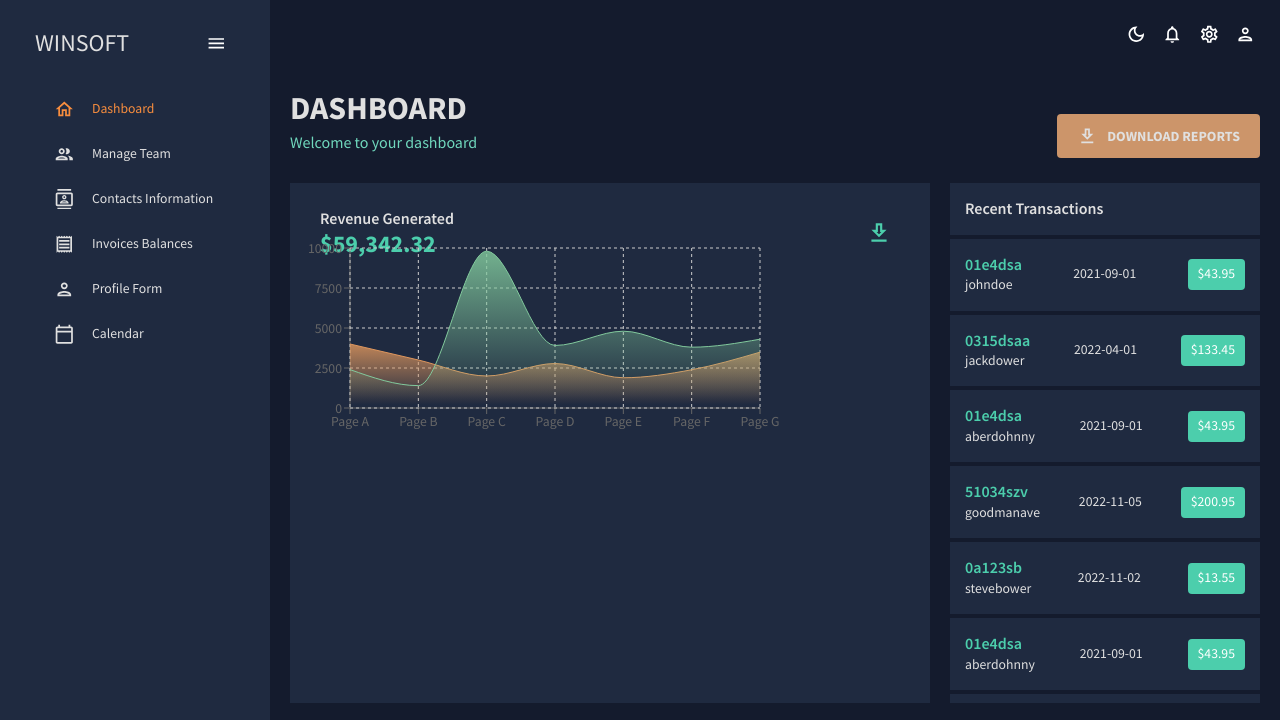
Repository: thamaraiselvan315731/winssoft
Page: /
These files come from the project's save history. The page is drawn as it stood at one moment and after the next save; the edit follows.
The browser window is 1280 px wide. The pictures show the whole page.
The project was rebuilt for these pictures with package versions that can differ from the ones it lists, and the page was loaded fresh each time. Also part of the build but not shown: src/pages/team/index.jsx, src/pages/invoices/index.jsx, src/pages/contacts/index.jsx, src/pages/form/index.jsx, src/components/LineChart.jsx, src/data/mockGeoFeatures.js, src/components/GeographyChart.jsx, src/components/BarChart.jsx and 4 more.

Above is the page before, as saved 2022-12-01 11:11:05.

### src/App.js
import { useState } from "react";
import { Routes, Route } from "react-router-dom";
import Topbar from "./pages/global/Topbar";
import Sidebar from "./pages/global/Sidebar";
import Team from "./pages/team";
import Invoices from "./pages/invoices";
import Contacts from "./pages/contacts";
import Form from "./pages/form";
// import Bar from "./pages/bar";
// import Line from "./pages/line";
// import Pie from "./pages/pie";
// import Geography from "./pages/geography";
import Dashboard from "./pages/dashboard";
import FAQ from "./pages/faq";
import { CssBaseline, ThemeProvider } from "@mui/material";
import { ColorModeContext, useMode } from "./theme";
import Calendar from "./pages/calendar/calendar";

function App() {
  const [theme, colorMode] = useMode();
  const [isSidebar, setIsSidebar] = useState(true);

  return (
    <ColorModeContext.Provider value={colorMode}>
      <ThemeProvider theme={theme}>
        <CssBaseline />
        <div className="app">
          <Sidebar isSidebar={isSidebar} />
          <main className="content">
            <Topbar setIsSidebar={setIsSidebar} />
            <Routes>
              <Route path="/" element={<Dashboard />} />
              <Route path="/team" element={<Team />} />
              <Route path="/contacts" element={<Contacts />} />
              <Route path="/invoices" element={<Invoices />} />
              <Route path="/form" element={<Form />} />
              {/* <Route path="/bar" element={<Bar />} />
              <Route path="/pie" element={<Pie />} />
              <Route path="/line" element={<Line />} /> */}
              <Route path="/faq" element={<FAQ />} />
              <Route path="/calendar" element={<Calendar />} />
              {/* <Route path="/geography" element={<Geography />} /> */}
            </Routes>
          </main>
        </div>
      </ThemeProvider>
    </ColorModeContext.Provider>
  );
}

export default App;

### src/pages/global/Topbar.jsx
import { Box, IconButton, useTheme } from "@mui/material";
import { useContext } from "react";
import { ColorModeContext, tokens } from "../../theme";
import InputBase from "@mui/material/InputBase";
import LightModeOutlinedIcon from "@mui/icons-material/LightModeOutlined";
import DarkModeOutlinedIcon from "@mui/icons-material/DarkModeOutlined";
import NotificationsOutlinedIcon from "@mui/icons-material/NotificationsOutlined";
import SettingsOutlinedIcon from "@mui/icons-material/SettingsOutlined";
import PersonOutlinedIcon from "@mui/icons-material/PersonOutlined";
import SearchIcon from "@mui/icons-material/Search";

const Topbar = () => {
  const theme = useTheme();
  const colors = tokens(theme.palette.mode);
  const colorMode = useContext(ColorModeContext);

  return (
    <Box display="flex" justifyContent="flex-end" p={2}>
      {/* SEARCH BAR */}
      {/* <Box
        display="flex"
        backgroundColor={colors.primary[400]}
        borderRadius="3px"
      >
        <InputBase sx={{ ml: 2, flex: 1 }} placeholder="Search" />
        <IconButton type="button" sx={{ p: 1 }}>
          <SearchIcon />
        </IconButton>
      </Box> */}

      {/* ICONS */}
      <Box display="flex">
        <IconButton onClick={colorMode.toggleColorMode}>
          {theme.palette.mode === "dark" ? (
            <DarkModeOutlinedIcon />
          ) : (
            <LightModeOutlinedIcon />
          )}
        </IconButton>
        <IconButton>
          <NotificationsOutlinedIcon />
        </IconButton>
        <IconButton>
          <SettingsOutlinedIcon />
        </IconButton>
        <IconButton>
          <PersonOutlinedIcon />
        </IconButton>
      </Box>
    </Box>
  );
};

export default Topbar;

### src/pages/global/Sidebar.jsx
import { useState } from "react";
import { ProSidebar, Menu, MenuItem } from "react-pro-sidebar";
import { Box, IconButton, Typography, useTheme } from "@mui/material";
import { Link } from "react-router-dom";
import "react-pro-sidebar/dist/css/styles.css";
import { tokens } from "../../theme";
import HomeOutlinedIcon from "@mui/icons-material/HomeOutlined";
import PeopleOutlinedIcon from "@mui/icons-material/PeopleOutlined";
import ContactsOutlinedIcon from "@mui/icons-material/ContactsOutlined";
import ReceiptOutlinedIcon from "@mui/icons-material/ReceiptOutlined";
import PersonOutlinedIcon from "@mui/icons-material/PersonOutlined";
import CalendarTodayOutlinedIcon from "@mui/icons-material/CalendarTodayOutlined";// eslint-disable-next-line
import HelpOutlineOutlinedIcon from "@mui/icons-material/HelpOutlineOutlined";// eslint-disable-next-line
import BarChartOutlinedIcon from "@mui/icons-material/BarChartOutlined";// eslint-disable-next-line
import PieChartOutlineOutlinedIcon from "@mui/icons-material/PieChartOutlineOutlined";// eslint-disable-next-line
import TimelineOutlinedIcon from "@mui/icons-material/TimelineOutlined";// eslint-disable-next-line
import MenuOutlinedIcon from "@mui/icons-material/MenuOutlined";// eslint-disable-next-line
import MapOutlinedIcon from "@mui/icons-material/MapOutlined";// eslint-disable-next-line

const Item = ({ title, to, icon, selected, setSelected }) => {
  const theme = useTheme();
  const colors = tokens(theme.palette.mode);
  return (
    <MenuItem
      active={selected === title}
      style={{
        color: colors.grey[100],
      }}
      onClick={() => setSelected(title)}
      icon={icon}
    >
      <Typography>{title}</Typography>
      <Link to={to} />
    </MenuItem>
  );
};

const Sidebar = () => {
  const theme = useTheme();
  const colors = tokens(theme.palette.mode);
  const [isCollapsed, setIsCollapsed] = useState(false);
  const [selected, setSelected] = useState("Dashboard");

  return (
    <Box
      sx={{
        "& .pro-sidebar-inner": {
          background: `${colors.primary[400]} !important`,
        },
        "& .pro-icon-wrapper": {
          backgroundColor: "transparent !important",
        },
        "& .pro-inner-item": {
          padding: "5px 35px 5px 20px !important",
        },
        "& .pro-inner-item:hover": {
          color: "#f78d3e !important",
        },
        "& .pro-menu-item.active": {
          color: "#f78d3e !important",
        },
      }}
    >
      <ProSidebar collapsed={isCollapsed}>
        <Menu iconShape="square">
          {/* LOGO AND MENU ICON */}
          <MenuItem
            onClick={() => setIsCollapsed(!isCollapsed)}
            icon={isCollapsed ? <MenuOutlinedIcon /> : undefined}
            style={{
              margin: "10px 0 20px 0",
              color: colors.grey[100],
            }}
          >
            {!isCollapsed && (
              <Box
                display="flex"
                justifyContent="space-between"
                alignItems="center"
                ml="15px"
              >
                <Typography variant="h3" color={colors.grey[100]}>
                  WINSOFT
                </Typography>
                <IconButton onClick={() => setIsCollapsed(!isCollapsed)}>
                  <MenuOutlinedIcon />
                </IconButton>
              </Box>
            )}
          </MenuItem>

          {/* {!isCollapsed && (
            <Box mb="25px">
              <Box display="flex" justifyContent="center" alignItems="center">
                <img
                  alt="profile-user"
                  width="100px"
                  height="100px"
                  src={`../../assets/user.png`}
                  style={{ cursor: "pointer", borderRadius: "50%" }}
                />
              </Box>
              <Box textAlign="center">
                <Typography
                  variant="h2"
                  color={colors.grey[100]}
                  fontWeight="bold"
                  sx={{ m: "10px 0 0 0" }}
                >
                  Ed Roh
                </Typography>
                <Typography variant="h5" color={colors.greenAccent[500]}>
                  VP Fancy Admin
                </Typography>
              </Box>
            </Box>
          )} */}

          <Box paddingLeft={isCollapsed ? undefined : "10%"}>
            <Item
              title="Dashboard"
              to="/"
              icon={<HomeOutlinedIcon />}
              selected={selected}
              setSelected={setSelected}
            />

            {/* <Typography
              variant="h6"
              color={colors.grey[300]}
              sx={{ m: "15px 0 5px 20px" }}
            >
              Data
            </Typography> */}
            <Item
              title="Manage Team"
              to="/team"
              icon={<PeopleOutlinedIcon />}
              selected={selected}
              setSelected={setSelected}
            />
            <Item
              title="Contacts Information"
              to="/contacts"
              icon={<ContactsOutlinedIcon />}
              selected={selected}
              setSelected={setSelected}
            />
            <Item
              title="Invoices Balances"
              to="/invoices"
              icon={<ReceiptOutlinedIcon />}
              selected={selected}
              setSelected={setSelected}
            />

            {/* <Typography
              variant="h6"
              color={colors.grey[300]}
              sx={{ m: "15px 0 5px 20px" }}
            >
              Pages
            </Typography> */}
            <Item
              title="Profile Form"
              to="/form"
              icon={<PersonOutlinedIcon />}
              selected={selected}
              setSelected={setSelected}
            />
            <Item
              title="Calendar"
              to="/calendar"
              icon={<CalendarTodayOutlinedIcon />}
              selected={selected}
              setSelected={setSelected}
            />
            {/* <Item
              title="FAQ Page"
              to="/faq"
              icon={<HelpOutlineOutlinedIcon />}
              selected={selected}
              setSelected={setSelected}
            /> */}

            {/* <Typography
              variant="h6"
              color={colors.grey[300]}
              sx={{ m: "15px 0 5px 20px" }}
            >
              Charts
            </Typography>
            <Item
              title="Bar Chart"
              to="/bar"
              icon={<BarChartOutlinedIcon />}
              selected={selected}
              setSelected={setSelected}
            />
            <Item
              title="Pie Chart"
              to="/pie"
              icon={<PieChartOutlineOutlinedIcon />}
              selected={selected}
              setSelected={setSelected}
            />
            <Item
              title="Line Chart"
              to="/line"
              icon={<TimelineOutlinedIcon />}
              selected={selected}
              setSelected={setSelected}
            />
            <Item
              title="Geography Chart"
              to="/geography"
              icon={<MapOutlinedIcon />}
              selected={selected}
              setSelected={setSelected}
            /> */}
          </Box>
        </Menu>
      </ProSidebar>
    </Box>
  );
};

export default Sidebar;

### src/pages/dashboard/index.jsx
import { Box, Button, IconButton, Typography, useTheme } from "@mui/material";
import { tokens } from "../../theme";
import { mockTransactions } from "../../data/mockData";
import DownloadOutlinedIcon from "@mui/icons-material/DownloadOutlined";
import { AreaCharts } from "../../Charts/AreaChart"
import EmailIcon from "@mui/icons-material/Email";
import PointOfSaleIcon from "@mui/icons-material/PointOfSale";
import PersonAddIcon from "@mui/icons-material/PersonAdd";
import TrafficIcon from "@mui/icons-material/Traffic";
import Header from "../../components/Header";
import LineChart from "../../components/LineChart";
import GeographyChart from "../../components/GeographyChart";
import BarChart from "../../components/BarChart";
import StatBox from "../../components/StatBox";
import ProgressCircle from "../../components/ProgressCircle";

const Dashboard = () => {
  const theme = useTheme();
  const colors = tokens(theme.palette.mode);

  return (

    <Box m="20px">
      {/* HEADER */}
      <Box display="flex" justifyContent="space-between" alignItems="center">
        <Header title="DASHBOARD" subtitle="Welcome to your dashboard" />

        <Box>
          <Button
            sx={{
              backgroundColor: colors.blueAccent[700],
              color: colors.grey[100],
              fontSize: "14px",
              fontWeight: "bold",
              padding: "10px 20px",
            }}
          >
            <DownloadOutlinedIcon sx={{ mr: "10px" }} />
            Download Reports
          </Button>
        </Box>
      </Box>

      {/* GRID & CHARTS */}
      <Box
        display="grid"
        gridTemplateColumns="repeat(12, 1fr)"
        gridAutoRows="250px"
        gap="20px"
      >
        {/* ROW 1 */}
        {/* <Box
          gridColumn="span 8"
          backgroundColor={colors.primary[400]}
          display="flex"
          alignItems="center"
          justifyContent="center"
        >
          <AreaCharts />

        </Box> */}

        {/* <Box
          gridColumn="span 3"
          backgroundColor={colors.primary[400]}
          display="flex"
          alignItems="center"
          justifyContent="center"
        >
          <StatBox
            title="431,225"
            subtitle="Sales Obtained"
            progress="0.50"
            increase="+21%"
            icon={
              <PointOfSaleIcon
                sx={{ color: colors.greenAccent[600], fontSize: "26px" }}
              />
            }
          />
        </Box>
        <Box
          gridColumn="span 3"
          backgroundColor={colors.primary[400]}
          display="flex"
          alignItems="center"
          justifyContent="center"
        >
          <StatBox
            title="32,441"
            subtitle="New Clients"
            progress="0.30"
            increase="+5%"
            icon={
              <PersonAddIcon
                sx={{ color: colors.greenAccent[600], fontSize: "26px" }}
              />
            }
          />
        </Box>
        <Box
          gridColumn="span 3"
          backgroundColor={colors.primary[400]}
          display="flex"
          alignItems="center"
          justifyContent="center"
        >
          <StatBox
            title="1,325,134"
            subtitle="Traffic Received"
            progress="0.80"
            increase="+43%"
            icon={
              <TrafficIcon
                sx={{ color: colors.greenAccent[600], fontSize: "26px" }}
              />
            }
          />
        </Box> */}

        {/* ROW 2 */}
        <Box
          gridColumn="span 8"
          gridRow="span 2"
          backgroundColor={colors.primary[400]}
        >
          <Box
            mt="25px"
            p="0 30px"
            display="flex "
            justifyContent="space-between"
            alignItems="center"
          >
            <Box>
              <Typography
                variant="h5"
                fontWeight="600"
                color={colors.grey[100]}
              >
                Revenue Generated
              </Typography>
              <Typography
                variant="h3"
                fontWeight="bold"
                color={colors.greenAccent[500]}
              >
                $59,342.32
              </Typography>
            </Box>
            <Box>
              <IconButton>
                <DownloadOutlinedIcon
                  sx={{ fontSize: "26px", color: colors.greenAccent[500] }}
                />
              </IconButton>
            </Box>
          </Box>
          <Box height="250px" m="-20px 0 0 0">
            <AreaCharts />
          </Box>
        </Box>
        <Box
          gridColumn="span 4"
          gridRow="span 2"
          backgroundColor={colors.primary[400]}
          overflow="auto"
        >
          <Box
            display="flex"
            justifyContent="space-between"
            alignItems="center"
            borderBottom={`4px solid ${colors.primary[500]}`}
            colors={colors.grey[100]}
            p="15px"
          >
            <Typography color={colors.grey[100]} variant="h5" fontWeight="600">
              Recent Transactions
            </Typography>
          </Box>
          {mockTransactions.map((transaction, i) => (
            <Box
              key={`${transaction.txId}-${i}`}
              display="flex"
              justifyContent="space-between"
              alignItems="center"
              borderBottom={`4px solid ${colors.primary[500]}`}
              p="15px"
            >
              <Box>
                <Typography
                  color={colors.greenAccent[500]}
                  variant="h5"
                  fontWeight="600"
                >
                  {transaction.txId}
                </Typography>
                <Typography color={colors.grey[100]}>
                  {transaction.user}
                </Typography>
              </Box>
              <Box color={colors.grey[100]}>{transaction.date}</Box>
              <Box
                backgroundColor={colors.greenAccent[500]}
                p="5px 10px"
                borderRadius="4px"
              >
                ${transaction.cost}
              </Box>
            </Box>
          ))}
        </Box>

        {/* ROW 3 */}
        {/* <Box
          gridColumn="span 4"
          gridRow="span 2"
          backgroundColor={colors.primary[400]}
          p="30px"
        >
          <Typography variant="h5" fontWeight="600">
            Campaign
          </Typography>
          <Box
            display="flex"
            flexDirection="column"
            alignItems="center"
            mt="25px"
          >
            <ProgressCircle size="125" />
            <Typography
              variant="h5"
              color={colors.greenAccent[500]}
              sx={{ mt: "15px" }}
            >
              $48,352 revenue generated
            </Typography>
            <Typography>Includes extra misc expenditures and costs</Typography>
          </Box>
        </Box>
        <Box
          gridColumn="span 4"
          gridRow="span 2"
          backgroundColor={colors.primary[400]}
        >
          <Typography
            variant="h5"
            fontWeight="600"
            sx={{ padding: "30px 30px 0 30px" }}
          >
            Sales Quantity
          </Typography>
          <Box height="250px" mt="-20px">
            <BarChart isDashboard={true} />
          </Box>
        </Box>
        <Box
          gridColumn="span 4"
          gridRow="span 2"
          backgroundColor={colors.primary[400]}
          padding="30px"
        >
          <Typography
            variant="h5"
            fontWeight="600"
            sx={{ marginBottom: "15px" }}
          >
            Geography Based Traffic
          </Typography>
          <Box height="200px">
            <GeographyChart isDashboard={true} />
          </Box>
        </Box> */}
      </Box>
    </Box>
  );
};

export default Dashboard;

### src/Charts/AreaChart.js
import { LineChart, Line, AreaChart, ResponsiveContainer, YAxis, Area, Tooltip, CartesianGrid, linearGradient, XAxis } from 'recharts';


const data = [
    {
        "name": "Page A",
        "uv": 4000,
        "pv": 2400,
        "amt": 2400
    },
    {
        "name": "Page B",
        "uv": 3000,
        "pv": 1398,
        "amt": 2210
    },
    {
        "name": "Page C",
        "uv": 2000,
        "pv": 9800,
        "amt": 2290
    },
    {
        "name": "Page D",
        "uv": 2780,
        "pv": 3908,
        "amt": 2000
    },
    {
        "name": "Page E",
        "uv": 1890,
        "pv": 4800,
        "amt": 2181
    },
    {
        "name": "Page F",
        "uv": 2390,
        "pv": 3800,
        "amt": 2500
    },
    {
        "name": "Page G",
        "uv": 3490,
        "pv": 4300,
        "amt": 2100
    }
]


export const AreaCharts = () => {
    // const theme = useTheme();
    // const colors = tokens(theme.palette.mode);

    return (
        <ResponsiveContainer width={500} height="80%">
            < AreaChart width={730} height={250} data={data}
                margin={{ top: 10, right: 30, left: 0, bottom: 0 }}>
                <defs>
                    <linearGradient id="colorUv" x1="0" y1="0" x2="0" y2="1">
                        <stop offset="5%" stopColor="#de965d" stopOpacity={0.8} />
                        <stop offset="95%" stopColor="#de965d" stopOpacity={0} />
                    </linearGradient>
                    <linearGradient id="colorPv" x1="0" y1="0" x2="0" y2="1">
                        <stop offset="5%" stopColor="#82ca9d" stopOpacity={0.8} />
                        <stop offset="95%" stopColor="#82ca9d" stopOpacity={0} />
                    </linearGradient>
                </defs>
                <XAxis dataKey="name" />
                <YAxis />
                <CartesianGrid strokeDasharray="3 3" />
                <Tooltip />
                <Area type="monotone" dataKey="uv" stroke="#de965d" fillOpacity={1} fill="url(#colorUv)" />
                <Area type="monotone" dataKey="pv" stroke="#82ca9d" fillOpacity={1} fill="url(#colorPv)" />
            </AreaChart ></ResponsiveContainer>
    );
};

Loaded but not shown: public/index.html (common file); src/index.js (common file); src/index.css (common file); src/components/Header.jsx (common file); src/data/mockData.js (1283 lines, source omitted); src/theme.js (214 lines, source omitted)

After the next save:
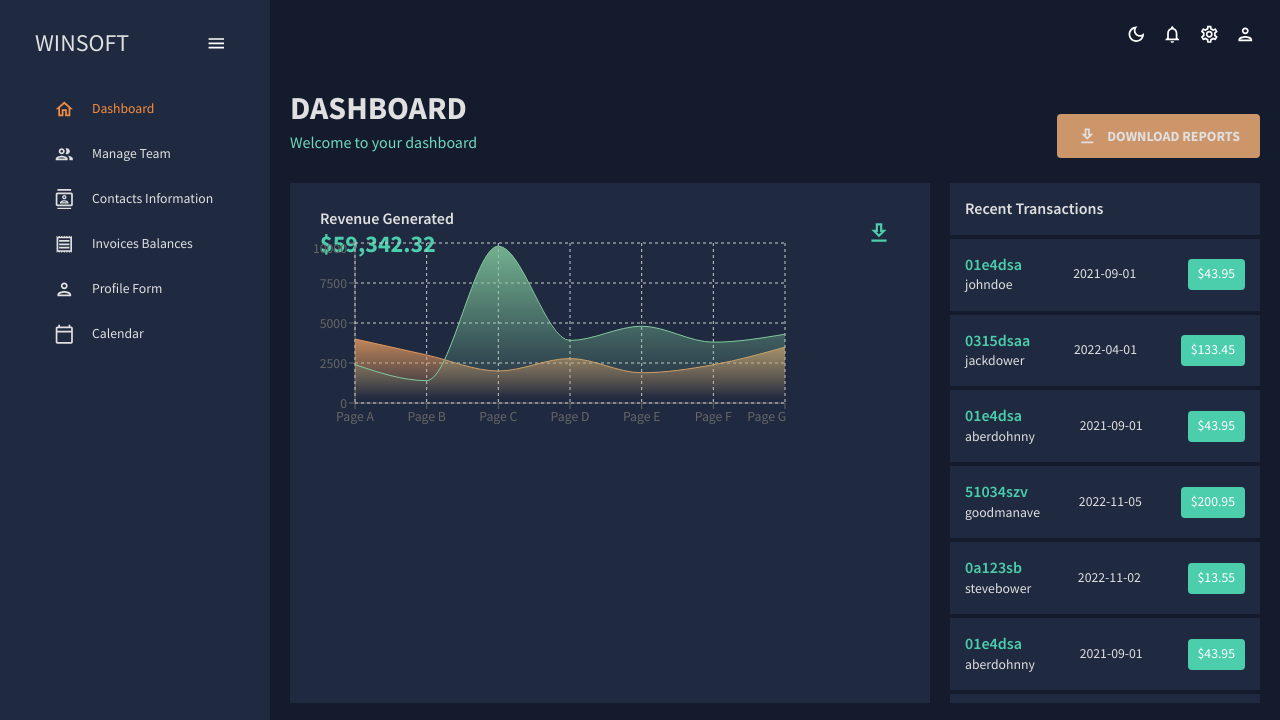
Saved 31 s later.
--- a/src/Charts/AreaChart.js
+++ b/src/Charts/AreaChart.js
@@ -53,8 +53,8 @@ export const AreaCharts = () => {
 
     return (
         <ResponsiveContainer width={500} height="80%">
-            < AreaChart width={730} height={250} data={data}
-                margin={{ top: 10, right: 30, left: 0, bottom: 0 }}>
+            < AreaChart width={530} height={250} data={data}
+            >
                 <defs>
                     <linearGradient id="colorUv" x1="0" y1="0" x2="0" y2="1">
                         <stop offset="5%" stopColor="#de965d" stopOpacity={0.8} />
